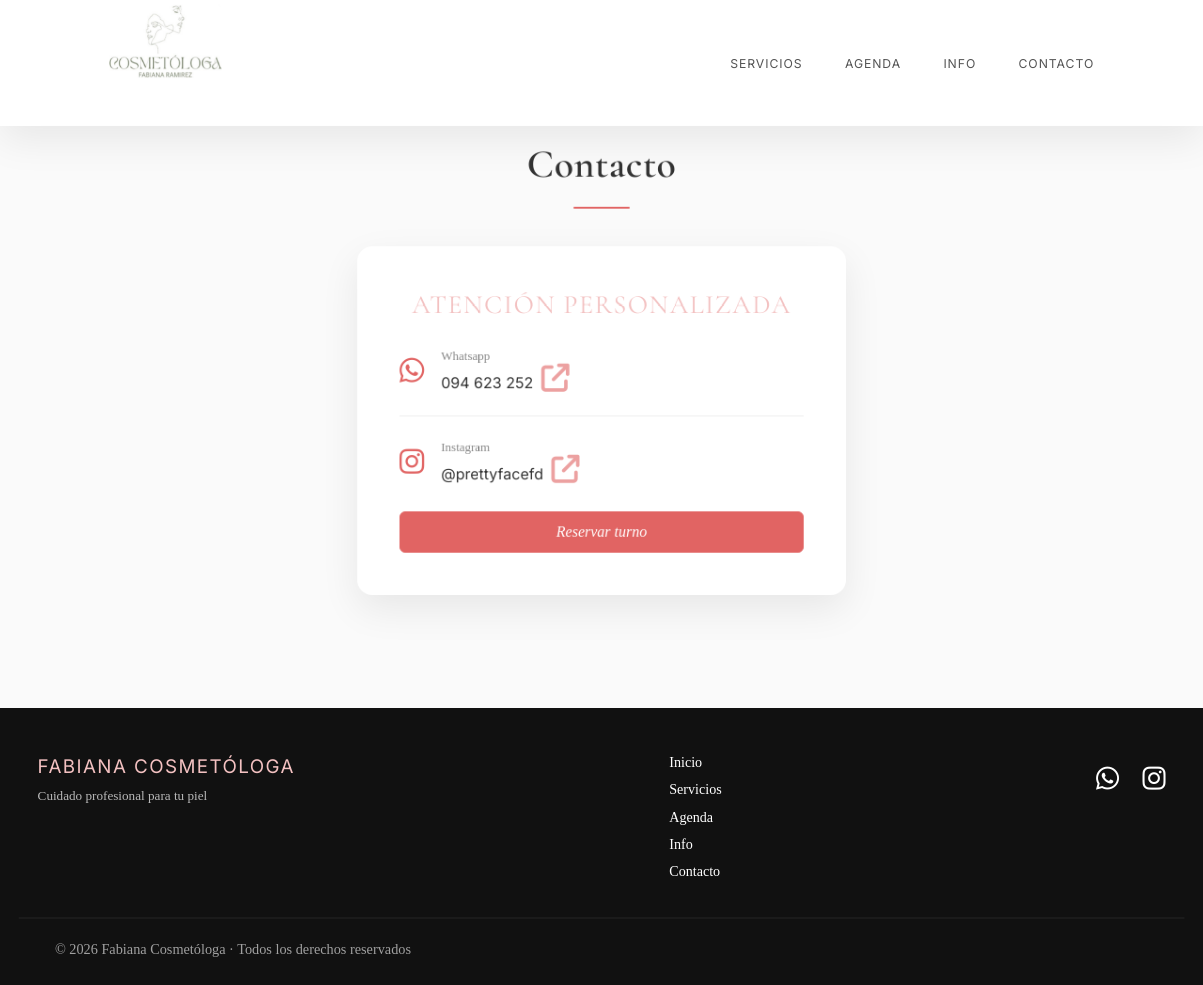
Repository: thiagobal1891-sudo/paginaweb
Page: pages/contacto.html
An editor plug-in stored every save of this project. The page is shown before and after the next save, followed by the edit.
The browser window is 1280 px wide. The pictures show the whole page, at 94% of full size.
Some web fonts or font styles are not loaded; a fallback is used.

Above is the page before, as saved 2026-03-17 15:03:35.
Console error: ReferenceError: emailjs is not defined

### pages/contacto.html

<!DOCTYPE html>
<html lang="es">
<head>
  <meta charset="UTF-8">
  <meta name="viewport" content="width=device-width, initial-scale=1.0">
  <title>Fabiana Cosmetóloga</title>
  <link rel="stylesheet" href="../css/style.css">
  <link rel="preconnect" href="https://fonts.googleapis.com">
  <link rel="preconnect" href="https://fonts.gstatic.com" crossorigin>
  <link
    href="https://fonts.googleapis.com/css2?family=Melodrama:wght@400;500;600;700&family=Inter:wght@100..900&family=Poppins:wght@100..900&family=Cormorant+Garamond:wght@300..700&display=swap"
    rel="stylesheet">
  <link rel="stylesheet" href="https://cdnjs.cloudflare.com/ajax/libs/font-awesome/6.5.0/css/all.min.css"
    crossorigin="anonymous" referrerpolicy="no-referrer" />
</head>

<body>
  <header>
    <div class="container">
      <a href="../index.html" class="logo">
        <img src="../media/logo.png"
  alt="Logo de la marca"
  loading="lazy"
  decoding="async">
      </a>
      <nav>
        <a href="servicios.html">SERVICIOS</a>
        <a href="agenda.html">AGENDA</a>
        <a href="info.html">INFO</a>
        <a href="contacto.html">CONTACTO</a>
      </nav>
    </div>
  </header>
<main>
<section id="contacto" class="appear">
<div class="section-title">
<h2>Contacto</h2>
</div>
<div class="container">
<div class="contact-card">
<h3>Atención personalizada</h3>
<div class="contact-item">
<i class="fa-brands fa-whatsapp"></i>
<div class="contact-info">
<span class="label">Whatsapp</span>
<a href="https://wa.me/59894623252"
target="_blank"
rel="noopener noreferrer"
class="valor">
094 623 252
<i class="fa-solid fa-arrow-up-right-from-square link-icon"></i>
</a>
</div>
</div>
<hr>
<div class="contact-item">
<i class="fa-brands fa-instagram"></i>
<div class="contact-info">
<span class="label">Instagram</span>
<a href="https://www.instagram.com/prettyfacefd"
target="_blank"
rel="noopener noreferrer"
class="valor">
@prettyfacefd
<i class="fa-solid fa-arrow-up-right-from-square link-icon"></i>
</a>
</div>
</div>
<a href="agenda.html#agenda-ya" class="btn-vermas">
Reservar turno
</a>
</div>
</div>

</section>
</main>
  <footer class="footer">
  <div class="footer-container">
    <div class="footer-brand">
      <h3>Fabiana Cosmetóloga</h3>
      <p>Cuidado profesional para tu piel</p>
    </div>
    <div class="footer-links">
      <a href="../index.html">Inicio</a>
      <a href="../pages/servicios.html">Servicios</a>
      <a href="../pages/agenda.html">Agenda</a>
      <a href="../pages/info.html">Info</a>
      <a href="../pages/contacto.html">Contacto</a>
    </div>
    <div class="footer-social">
      <a href="https://wa.me/59894623252" target="_blank">
        <i class="fa-brands fa-whatsapp"></i>
      </a>
      <a href="https://www.instagram.com/prettyfacefd" target="_blank">
        <i class="fa-brands fa-instagram"></i>
      </a>
    </div>
  </div>
  <div class="footer-bottom">
    <p>© 2026 Fabiana Cosmetóloga · Todos los derechos reservados</p>
  </div>
</footer>
  <script src="https://cdn.jsdelivr.net/npm/emailjs-com@3/dist/email.min.js"></script>
  <script src="../script.js" defer></script>
</body>
</html>

### css/style.css
@charset "UTF-8";
* {
  box-sizing: border-box;
  margin: 0;
  padding: 0;
}
html {
  scroll-behavior: smooth;
  scroll-padding-top: var(--header-height);
  font-size: 100%;
}
:root{
  --primary:#E16463;
  --primary-soft:rgba(225,100,99,.15);
  --primary-soft-light:rgba(225,100,99,.08);
  --text-dark:#333;
  --text-soft:#777;
  --shadow-hover:0 20px 50px rgba(0,0,0,.12);
  --shadow-soft:0 15px 40px rgba(0,0,0,.08);
}
body{
  font-family:"Melodrama", serif;
  margin:0;
  animation:fadePage .6s ease;
  padding-top: var(--header-height);
}
@keyframes fadePage{
from{
  opacity:0;
  transform:translateY(10px);
}

to{
  opacity:1;
  transform:translateY(0);
}
}
.appear{
  opacity:0;
  transform:translateY(40px);
  transition:opacity .8s ease, transform .8s ease;
  will-change: transform, opacity;
}
.appear.show{
  opacity:1;
  transform:translateY(0);
}
h1 {
  font-size:clamp(2.2rem,4vw,4.5rem);
  line-height: 1.1;
}
h2 {
  font-size:clamp(1.6rem,3vw,2.5rem);
  line-height: 1.2;
}
p {
font-size:clamp(.95rem,1.1vw,1.1rem);
line-height:1.7;
max-width:60ch;
}
h3 {
  font-size: 0.9em;
  font-family: "Inter", sans-serif;
  font-weight: 400;
  letter-spacing: 1.5px;
  color: #f3c1c1;
  text-transform: uppercase;
}
section{
position:relative;
padding:100px 20px;
}
.info_carta {
  font-size: 0.85em;
  color: #f2f2f2;
  font-family: "Inter", sans-serif;
  line-height: 1;
  margin-bottom: 2px;
  max-width:450px;
}
ul {
  list-style: none;
  padding-left: 0;
  font-size: 0.75em;
  font-family: "Inter", sans-serif;
  color: #ffffff;
}
ul li {
  margin-bottom: 4px;
  line-height: 1.3;
  padding-left: 22px;
  position: relative;
  opacity: 0.95;
  transition: transform 0.3s ease, opacity 0.3s ease;
}
ul li::before {
  content: "✧";
  position: absolute;
  left: 0;
  top: 0;
  color: #f3c1c1;
  font-size: 0.75em;
}
img{
transition:transform .6s ease, filter .6s ease;
height: auto;
max-width: 100%;
will-change: transform;
display: block;
}
button {
  font-size: 1rem;
  font-weight: 400;
  padding: 10px 30px;
  border-radius: 10px;
  border: 1.5px solid rgb(84, 84, 84);
  box-shadow: var(--shadow-soft);
  color: white;
  background-color: #d86a6a;
  font-family: "Inter", sans-serif;
  transition: all .25s ease;
  cursor: pointer;
  font-weight: bold;
}
button:hover {
  background-color: white;
  color:var(--primary);
  border-color: white;
  transform: translateY(-2px);
}
button:active{
  transform:scale(.97);
}
.container{
  max-width:1100px;
  margin-inline:auto;
  padding-inline:20px;
  width:100%;
  position:relative;
}
.container > *:not(:last-child){
  margin-bottom:40px;
}
header{
  position:fixed;
  width:100%;
  top:0;
  left:0;
  background-color:white;
  z-index:1000;
  box-shadow: var(--shadow-soft);
  transition:.3s;
  padding:10px 0;
}
header.scrolled{
  background:rgba(255,255,255,0.9);
  backdrop-filter:blur(8px);
  box-shadow:var(--shadow-soft);
}
header .logo {
  display: flex;
  align-items: center;
  justify-content: flex-start;
}
header .logo img{
  width:110px;
  height:auto;
  margin-bottom:6px;
}
header .container {
  display: flex;
  align-items: center;
  padding:0 16px;
  justify-content: space-between;
}
header nav {
  display: flex;
  flex-direction: row;
  justify-content: center;
  align-items: center;
  text-align: center;
}
header a {
  padding: 0px 5px;
  text-decoration: none;
  color: rgb(84, 84, 84);
  display: inline-block;
  font-family: "Inter", sans-serif;
  margin: 0 5px;
  font-size:14px;
  letter-spacing:1px;
}
header a:hover {
  color:var(--primary);
}
.hero-tag{
  font-family:"Inter",sans-serif;
  letter-spacing:2px;
  font-size:12px;
  text-transform:uppercase;
  color:#f3c1c1;
  display:block;
  margin-left:20px;
  margin-bottom:12px;
  opacity:.9;
}
.hero-sub{
  color:white;
  max-width:520px;
  margin-left:20px;
  margin-top:18px;
  font-family:"Inter",sans-serif;
  font-size:clamp(0.95rem,1.1vw,1.1rem);
  line-height:1.6;
  opacity:.95;
}
.btn-hero{
  display:inline-block;
  margin-left:20px;
  margin-top:35px;
  padding:14px 34px;
  border-radius:30px;
  background:var(--primary);
  color:white;
  text-decoration:none;
  font-family:"Inter",sans-serif;
  font-weight:600;
  letter-spacing:.5px;
  transition:.3s;
}
.btn-hero:hover{
    transform:translateY(-3px);
  box-shadow:var(--shadow-hover);
}
#hero {
    display: flex;
    align-items: flex-start;
    justify-content: center;
    text-align: left;
    flex-direction: column;
    min-height: 100vh;
    background-image: linear-gradient(0deg, rgba(0, 0, 0, 0.5),
      rgba(0, 0, 0, 0.5)),
      url("../media/fotopiel-rutina-de-skincare-cuidado-facial.webp");
      background-repeat: no-repeat;
      background-size: cover;
      background-position: center center; }
#hero h1 {
  color: white;
  font-family: "Cormorant Garamond";
  font-weight: 600;
  align-self: flex-start;
  text-align: left;
  font-size:clamp(2.5rem,5vw,4.5rem);
  padding-left:20px;
  max-width:90%;
  animation:heroFade 1.2s ease;
}
#hero::after{
  content:"";
  position:absolute;
  bottom:0;
  left:0;
  width:100%;
  height:120px;
  background:linear-gradient(to bottom, transparent, white);
}

@keyframes heroFade{
from{
opacity:0;
transform:translateY(40px);
}
to{
opacity:1;
transform:translateY(0);
}
}
.section-title{
  text-align:center;
  position:relative;
  }
  #Tratamientos .section-title {
  padding-top: 70px;
}
.section-title.show{
  opacity:1;
  transform:translateY(0);
}
.section-title h2{
  font-family:"Cormorant Garamond", serif;
  font-size:36px;
  font-weight:600;
  color:var(--text-dark);
  margin-bottom:10px;
  letter-spacing:0.5px;
}
.section-title p{
  font-family:"Inter", sans-serif;
  font-size:13px;
  color: var(--text-soft);
  letter-spacing:1.5px;
  text-transform:uppercase;
  max-width:65ch;
  margin:0 auto 80px auto; /* ← separación abajo */
  text-align:center;
}
.section-title::after{
  content:"";
  display:block;
  width:60px;
  height:2px;
  background-color: var(--primary);
  margin:20px auto 0;
  border-radius:2px;
}
.no-line::after {
  display: none;
}

.carousel_infocosmet {
  width: 100%;
  position: relative;
  background-color: var(--primary-soft);
  padding:90px 0;
  overflow:hidden;
}
.carousel-track{
  display:flex;
  will-change: transform;
}
.slide{
  flex:0 0 100%;
  display:flex;
  justify-content:center;
  gap:40px;
  position:relative;
  min-width: 100%;
}
.img-wrapper{
  position:relative;
  width:100%;
  max-width:520px;
  aspect-ratio:16/9;
  height:auto;
  overflow:hidden;
  border-radius:12px;
  margin:0 auto;
  display: block;
  box-shadow: var(--shadow-soft);
  transition:transform .4s ease, box-shadow .4s ease;
}

.img-wrapper img {
  width:100%;
  height:100%;
  object-fit:cover;
  transition:transform .6s ease, filter .6s ease;
}
.img-wrapper:hover{
  transform:translateY(-4px);
}
.img-wrapper:hover img{
  transform:scale(1.06);
}

#infocosmet .img-wrapper{
  position:relative;
  overflow:hidden;
}
.badge{
  position:absolute;
  left:12px;
  background:rgba(0,0,0,.55);
  backdrop-filter:blur(4px);
  color:white;
  font-family:"Inter",sans-serif;
  font-size:11px;
  letter-spacing:1.5px;
  padding:6px 14px;
  border-radius:20px;
  white-space:nowrap;
  z-index:20;
}

.badge.top{
  top:12px;
}

.badge.bottom{
  bottom:12px;
}

#Tratamientos .container{
  background: linear-gradient(180deg, #fffdf8, #fff6ee);
  box-shadow: var(--shadow-soft);
}
.carousel-wrapper{
  overflow:hidden;
  max-width:1200px;
  margin:0 auto;
  position:relative;
}
.carta-tratamientos{
  display:flex;
  gap:20px;
  overflow-x:auto;
  scroll-snap-type:x mandatory;
  scroll-behavior:smooth;
  padding:10px;
}
.carta-tratamientos::-webkit-scrollbar{
  display:none;
}
.carta{
  flex:0 0 100%;
  scroll-snap-align:center;
  min-height:520px;
  height:auto;
  border-radius:12px;
  background:white;
  padding:30px 25px;
  background-size:cover;
  background-position:center;
  position:relative;
  overflow: hidden;
}
.carta::before{
  content:"";
  position:absolute;
  top:0;
  left:0;
  width:100%;
  height:3px;
  background-color: var(--primary);
  transform:scaleX(0);
  transform-origin:left;
  transition:transform 0.3s ease;
}
.carta:hover::before{
  transform:scaleX(1);
}
.carta > * {
  position: relative;
  z-index: 2;
}
.carta h3{
  margin-bottom:10px;
}
.carta p{
  margin-bottom:10px;
}
.carta ul{
  margin-top:10px;
}
.carta:hover::after{
  left:100%;
}
.carta:hover ul li {
  transform: translateX(4px);
  opacity: 1;
}
.carta:hover h3{
  color:var(--primary);
}
.carta,
.agenda-card,
.consulta-card{
  transition:all .35s ease;
}
.carta:hover,
.agenda-card:hover,
.consulta-card:hover{
  transition:all .35s ease;
  box-shadow: var(--shadow-hover);
}
.arrow{
  border: none;
  background: none;
  position:absolute;
  top:50%;
  transform:translateY(-50%);
  z-index:5;
  width:40px;
  height:40px;
  border-radius:50%;
  display:flex;
  align-items:center;
  justify-content:center;
  cursor:pointer;
}
.arrow.left {
  left: 15px;
}
.arrow.right {
  right: 15px;
}
.carta:first-child {
  background-image: linear-gradient(0deg, rgba(0, 0, 0, 0.5), rgba(0, 0, 0, 0.5)), url("../media/Tratamientos-3.jpg");
}
.carta:nth-child(2) {
  background-image: linear-gradient(0deg, rgba(0, 0, 0, 0.5), rgba(0, 0, 0, 0.5)), url("../media/Tratamientos-2.jpg");
}
.carta:nth-child(3) {
  background-image: linear-gradient(0deg, rgba(0, 0, 0, 0.5), rgba(0, 0, 0, 0.5)), url("../media/Tratamientos-1.jpg");
}
.carta:nth-child(4) {
  background-image: linear-gradient(0deg, rgba(0, 0, 0, 0.5), rgba(0, 0, 0, 0.5)), url("../media/Tratamientos-1.jpg");
}
.carta:nth-child(5) {
  background-image: linear-gradient(0deg, rgba(0, 0, 0, 0.5), rgba(0, 0, 0, 0.5)), url("../media/Tratamientos-2.jpg");
}
.carta:nth-child(6) {
  background-image: linear-gradient(0deg, rgba(0, 0, 0, 0.5), rgba(0, 0, 0, 0.5)), url("../media/Tratamientos-1.jpg");
}
.carta:nth-child(7) {
  background-image: linear-gradient(0deg, rgba(0, 0, 0, 0.5), rgba(0, 0, 0, 0.5)), url("../media/Tratamientos-1.jpg");
}

#agenda-ya{
  padding:120px 20px;
  background-color: var(--primary-soft);
}
.agenda-card{
  max-width:900px;
  margin:auto;
  background:white;
  padding:30px;
  border-radius:20px;
  box-shadow:var(--shadow-soft);
  border:1px solid rgba(225,100,99,.2);
}
#agenda-ya iframe{
  max-width:900px;
  width:100%;
  height:650px;
  border-radius:20px;
  background:white;
  box-shadow:var(--shadow-soft);
  border:1px solid rgba(225,100,99,.2);
  padding:10px;
}
.link-icon {
  font-size: 0.15em;
  margin-left: 4px;
  opacity: 0.6;
  transition: all 0.3s ease;
}
#consultas{
padding:120px 20px;
background-color: var(--primary-soft-light);
}
#consultas .container{
  display:flex;
  flex-direction:column;
  align-items:center;
  max-width:700px;
  margin:0 auto;
}
.consulta-card{
  width:100%;
  max-width:600px;
  margin:0 auto;
}
.consulta-sub{
  text-align:center;
  font-family:"Inter", sans-serif;
  font-size:14px;
  color: var(--text-soft);
  margin-bottom:25px;
}
.consulta-card form{
  width:100%;
  max-width:500px;
  margin:auto;
}
.consulta-card h3{
  margin-bottom:35px;
  text-align:center;
  font-family:"Cormorant Garamond", serif;
  font-size:28px;
  color:var(--text-dark);
  letter-spacing:0;
  text-transform:none;
  width:100%;
}
.form-group {
  position: relative;
  margin-bottom: 25px;
}
.form-group input,
.form-group textarea{
  width:100%;
  padding:16px 14px;
  border-radius:14px;
  border:1px solid #e5e5e5;
  font-size:15px;
  font-family:"Inter", sans-serif;
  outline:none;
  transition:all .3s ease;
  background:#fff;
}
.form-group input:focus,
.form-group textarea:focus{
  border-color: var(--primary);
  box-shadow: var(--shadow-hover);
}
.form-group label {
  position: absolute;
  left: 12px;
  top: 14px;
  font-size: 14px;
  color: #888;
  transition: 0.3s ease;
  pointer-events: none;
}
.form-group input:focus + label,
.form-group input:not(:placeholder-shown) + label,
.form-group textarea:focus + label,
.form-group textarea:not(:placeholder-shown) + label {
  top: -8px;
  left: 10px;
  font-size: 12px;
  background: white;
  padding: 0 5px;
  color:var(--primary);
}
.btn-enviar{
  width:100%;
  padding:16px;
  border-radius:30px;
  border:none;
  background:linear-gradient(135deg,#E16463,#d04f4f);
  color:white;
  font-weight:600;
  font-size:15px;
  cursor:pointer;
  transition:all .3s ease;
  margin-top:10px;
}
.btn-enviar:hover{
  transform:translateY(-2px);
  box-shadow:var(--shadow-soft);
}

#sobre{
  padding:80px 20px;
}
.sobre-container{
  display:flex;
  align-items:center;
  gap:25px;
  margin-top:50px;
  flex-wrap:wrap;
  text-align: left;
}
.sobre-container.reverse{
  flex-direction:row-reverse;
}
.sobre-texto{
  flex:1;
  min-width:280px;
}
.sobre-texto p{
  font-family:"Inter",sans-serif;
  line-height:1.7;
  margin-bottom:20px;
  color:#444;
}
.sobre-texto h3{
  font-family:"Cormorant Garamond",serif;
  font-size:30px;
  margin-bottom:10px;
}
.sobre-img{
  flex:1;
  min-width:280px;
}
.sobre-img img{
  width:100%;
  border-radius:12px;
  box-shadow: var(--shadow-soft);
}
.sobre-container.reverse .btn-vermas{
  margin-top:40px;
}
.confianza{
  padding:80px 20px;
  background:#fafafa;
}
.confianza-grid{
  display:grid;
  grid-template-columns:repeat(auto-fit,minmax(220px,1fr));
  gap:30px;
  margin-top:50px;
}
.confianza-item{
  background:white;
  padding:30px;
  border-radius:14px;
  text-align:center;
  box-shadow: var(--shadow-soft);
  transition:.3s;
}
.confianza-item:hover{
  transform:translateY(-6px);
  box-shadow:var(--shadow-hover);
}
.confianza-item i{
  font-size:34px;
  color:var(--primary);
  margin-bottom:15px;
}
.confianza-item h3{
  font-family:"Cormorant Garamond",serif;
  font-size:22px;
  margin-bottom:10px;
}
.confianza-item p{
  font-family:"Inter",sans-serif;
  font-size:14px;
  line-height:1.6;
  color:#555;
}
.link-servicios {
  display: block;
  margin-bottom: 20px;
  font-size: 1rem;
  color: var(--text-soft);
}
.btn-vermas {
  display: inline-flex;
  align-items: center;
  justify-content: center;
  padding: 12px 28px;
  border-radius: 6px;
  font-size: 1rem;
  cursor: pointer;
  font-style: italic;
  background-color: var(--primary);
  color: white;
  text-decoration: none;
  border: 1.5px solid #E16463;
  transition: all 0.3s ease;
}
.btn-vermas:hover{
  transform:translateY(-3px);
  box-shadow: var(--shadow-hover);
  background-color: white;
  color:var(--primary);
}
.whatsapp-float,
.instagram-float{
  position:fixed;
  right:25px;
  width:60px;
  height:60px;
  border-radius:50%;
  display:flex;
  align-items:center;
  justify-content:center;
  color:white;
  font-size:28px;
  text-decoration:none;
  box-shadow:0 8px 18px rgba(0,0,0,0.25);
  z-index:1000;
  transition:transform .3s ease, box-shadow .3s ease;
  animation:floatIn .6s ease;
}
.whatsapp-float i,
.instagram-float i{
  text-decoration:none;
}
.whatsapp-float{
  bottom:25px;
  background:#25D366;
}
.instagram-float{
  bottom:100px;
  background:linear-gradient(45deg,#f58529,#dd2a7b,#8134af,#515bd4);
}
.whatsapp-float:hover,
.instagram-float:hover{
  transform:scale(1.12);
  box-shadow:0 12px 24px rgba(0,0,0,0.35);
}
.hide-float{
  opacity:0;
  pointer-events:none;
  transform:translateY(20px);
  transition:all .3s ease;
}
@keyframes floatIn{
from{
  opacity:0;
  transform:translateY(40px);
}
to{
  opacity:1;
  transform:translateY(0);
}
}

#contacto{
  padding:80px 20px;
  background:#fafafa;
}
.contact-card{
  max-width:520px;
  margin:40px auto;
  background:white;
  padding:45px;
  border-radius:16px;
  box-shadow: var(--shadow-soft);
  text-align:left;
}
.contact-card h3{
  text-align:center;
  margin-bottom:30px;
  font-family:"Cormorant Garamond",serif;
  font-size:28px;
}
.contact-item{
  display:flex;
  align-items:center;
  gap:18px;
  margin:20px 0;
}
.contact-item i{
  font-size:30px;
  color:var(--primary);
}
.contact-info{
  display:flex;
  flex-direction:column;
}
.label{
  font-size:13px;
  color:#888;
}
.valor{
  font-size:16px;
  font-family:"Inter",sans-serif;
  text-decoration:none;
  color: var(--text-dark);
}
.valor:hover{
  color:var(--primary);
}
hr{
  border:none;
  border-top:1px solid #eee;
  margin:25px 0;
}
.contact-card .btn-vermas{
  display:block;
  margin:30px auto 0;
  text-align:center;
}

.footer {
  background: #111;
  color: #fff;
  padding: 50px 20px 25px;
  text-align: center;
}
.footer-container {
  display: flex;
  flex-direction: column;
  align-items: center;
  gap: 35px;
  text-align: center;
}
.footer-brand h3 {
  font-size: 20px;
  margin-bottom: 8px;
}
.footer-brand p {
  font-size: 14px;
  opacity: 0.7;
}
.footer-links {
  display: flex;
  flex-direction: column;
  gap: 12px;
}
.footer-links a {
  text-decoration: none;
  color: #fff;
  font-size: 15px;
  transition: 0.3s;
}
.footer-links a:hover {
  color:var(--primary);
}
.footer-social {
  display: flex;
  gap: 25px;
  margin-top: 10px;
}
.footer-social a {
  font-size: 28px;
  color: #fff;
  transition: 0.3s;
}
.footer-social a:active {
  transform: scale(0.9);
  color:var(--primary);
}
.footer-bottom {
  margin-top: 40px;
  padding-top: 20px;
  border-top: 1px solid rgba(255,255,255,0.15);
  font-size: 13px;
  opacity: 0.6;
}

@media (max-width: 768px){
:root{
  --header-height:80px;
}
header{
  height:var(--header-height);
  padding:8px 0;
}

header .logo img{
  width:110px;
}
.slide{
  flex-direction:column;
  gap:20px;
  align-items:center;
}
.img-wrapper{
  width:90%;
  max-width:none;
  aspect-ratio: 4/5;
}
#hero{
  align-items:center;
  text-align:center;
  padding:0 20px;
  min-height: 85vh;
}
#hero h1{
  font-size:2.4rem;
  line-height:1.2;
  padding-left:0;
  max-width:100%;
}
.hero-tag{
  margin-left:0;
  text-align:center;
}
.hero-sub{
  margin-left:0;
  text-align:center;
  font-size:0.95rem;
}
.btn-hero{
margin-left:0;
}

header nav {
  gap: 10px;
  flex-wrap: wrap;
}
.info_carta{
  font-size:0.95em;
}
ul{
  font-size:0.85em;
}
.carta{
  flex:0 0 100%;
  min-height:560px;
  padding:40px 30px;
}

.sobre-texto {
  text-align: left;
}
.sobre-texto p {
  font-size: 1rem;
}
.sobre-img2 img{
  width:900px;
  border-radius:12px;
  box-shadow: var(--shadow-soft);
}

}
@media (min-width: 1024px) {

  :root{
    --header-height:70px;
  }

  header{
    padding:5px 0;
  }

  header .logo img{
    width:120px;
    align-items: center;
  }

  header a{
    font-size:13px;
  }
    header.scrolled{
    padding:2px 0;
  }

  header.scrolled .logo img{
    width:75px;
    }

  section{
padding:120px 40px;
}
  #hero {
  align-items: center;
  text-align: center;
  padding: 0 10%;
}
#hero h1{
  font-size:4.5rem;
}
#hero button {
  margin-left: 0;
  align-self: center;
}

header nav {
  gap: 25px;
}
.slide {
  display: flex;
  flex-direction: row;
  justify-content: center;
  gap: 40px;
}
.slide::after{
  content:"";
  position:absolute;
  top:50%;
  left:50%;
  transform:translate(-50%,-50%);
  width:1px;
  height:70%;
  background:linear-gradient( to bottom, transparent, rgba(225,100,99,0.4), transparent);
  pointer-events:none;
}
.img-wrapper {
  width: 450px;
  overflow: hidden;
  border-radius: 15px;
}

#Tratamientos {
  padding:120px 10%;
  background-color: var(--primary-soft);
}
#Tratamientos .container {
  background: linear-gradient(180deg, #fffdf8, #fff6ee);
  padding: 80px 0;
}
.carousel-wrapper {
  overflow: hidden;
  max-width:1200px;
  margin:0 auto;
}
.carta-tratamientos{
  gap:30px;
  transition: transform 0.5s ease;
}
.carta{
  flex:0 0 calc((100% - 30px) / 2);
  min-height:520px;
  height:auto;
  border-radius:20px;
  padding:50px 60px;
}
.arrow{
  background:var(--primary-soft-light);
}
.arrow.left {
  left: 10px;
}
.arrow.right {
  right: 10px;
}
.section-title h2{
  font-size:42px;
}
.sobre-container {
  flex-direction: row;
}
.sobre-texto {
  text-align: left;
}
.sobre-texto p {
  font-size: 1.1rem;
}
.sobre-img2 img{
  width:900px;
  border-radius:12px;
  box-shadow: var(--shadow-soft);
}
#agenda-ya{
  padding:120px 20px;
}
.footer-container {
  flex-direction: row;
  justify-content: space-between;
  align-items: flex-start;
  text-align: left;
  max-width: 1200px;
  margin: auto;
}
}

Loaded but not shown: script.js (130 lines, source omitted)

After the next save:
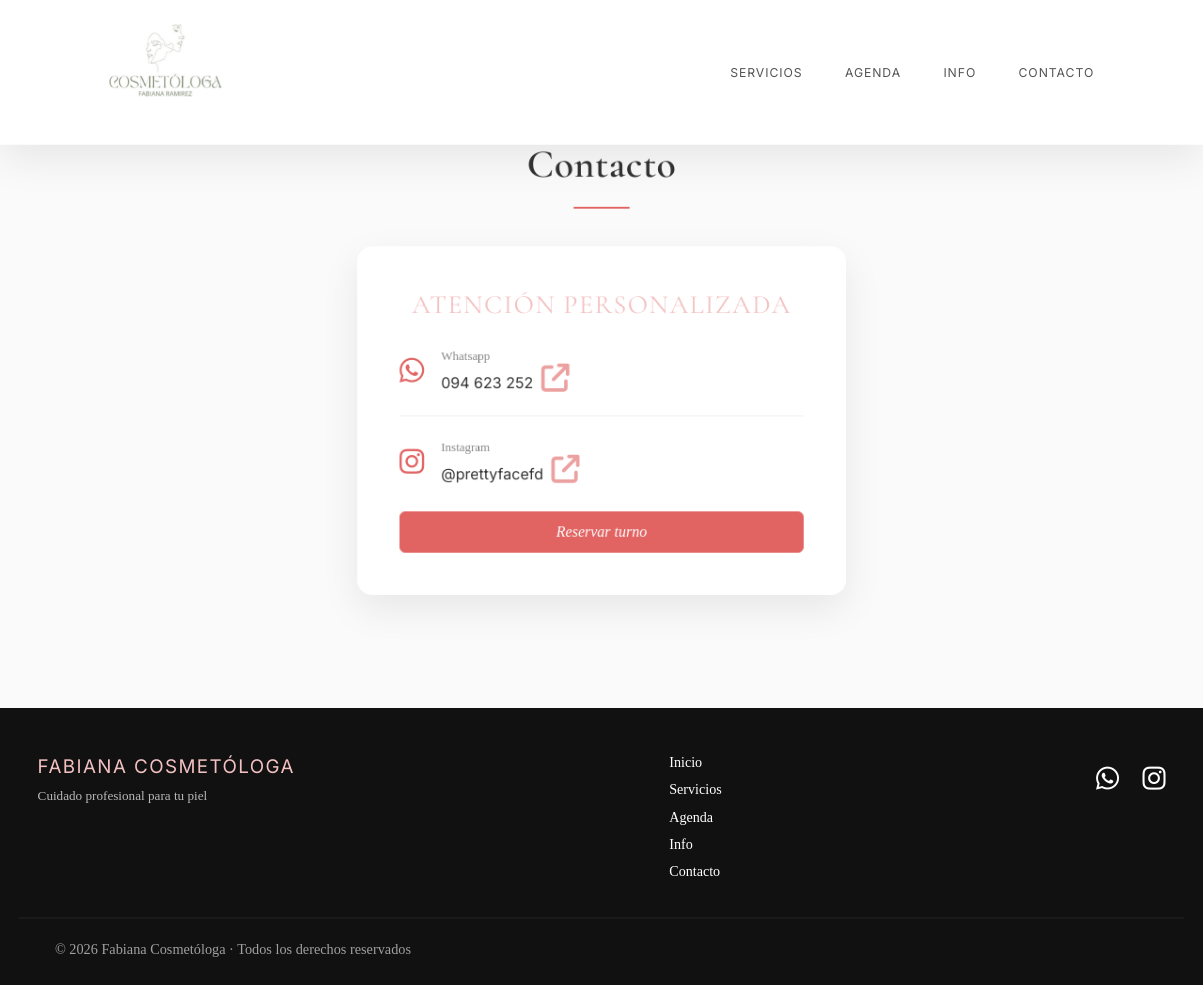
Saved 12 s later.
--- a/css/style.css
+++ b/css/style.css
@@ -1003,7 +1003,7 @@ ul{
 
   header .logo img{
     width:120px;
-    align-items: center;
+    padding-top: 20px;
   }
 
   header a{
